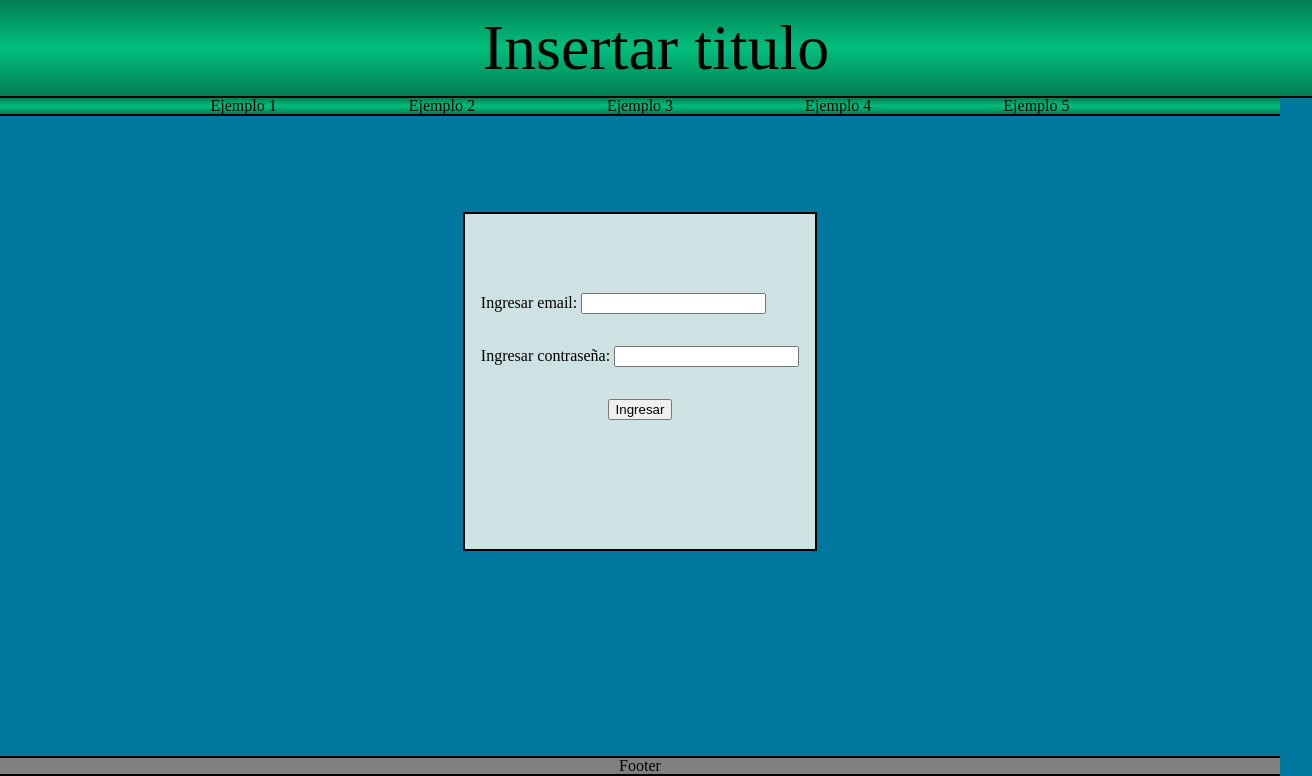
Repository: FacundoKinderknecht/Parcial-2-LPPA
Page: login/login.html
An editor plug-in stored every save of this project. The page is shown before and after the next save, followed by the edit.
The browser window is 1280 px wide. The page is 1312 px wide, so the pictures cover 1312 px, including what lies to the right of the window. The pictures show the whole page.

Above is the page before, as saved 2022-07-06 10:41:28.

After the next save:
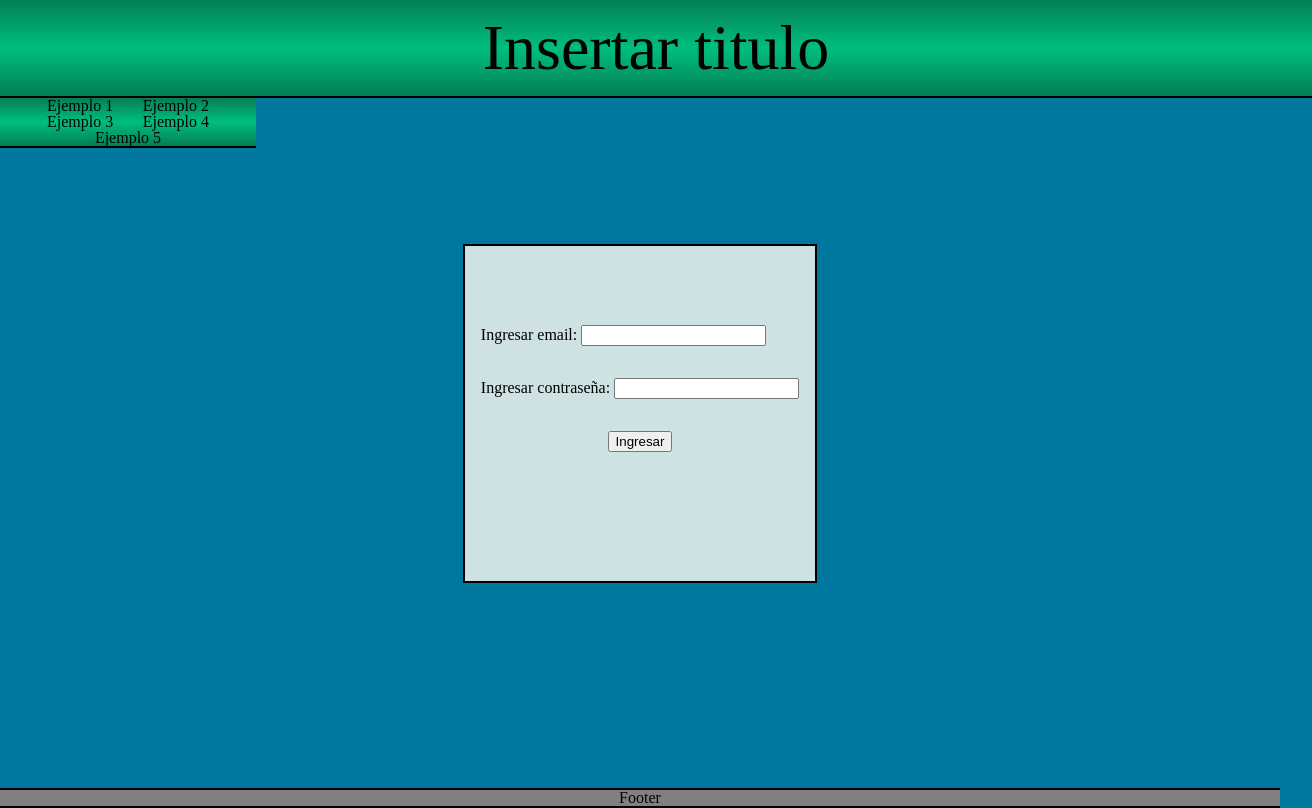
Saved 10 s later.
--- a/login/login.css
+++ b/login/login.css
@@ -12,7 +12,7 @@ nav{
 li{
     background: linear-gradient(to top, rgb(4, 126, 83), rgb(0, 190, 126), rgb(4, 126, 83));
     text-decoration: none;
-    height: 100%;
+    width: 20%;
     list-style: none;
     color: black;
     border-bottom: black 2px solid;
